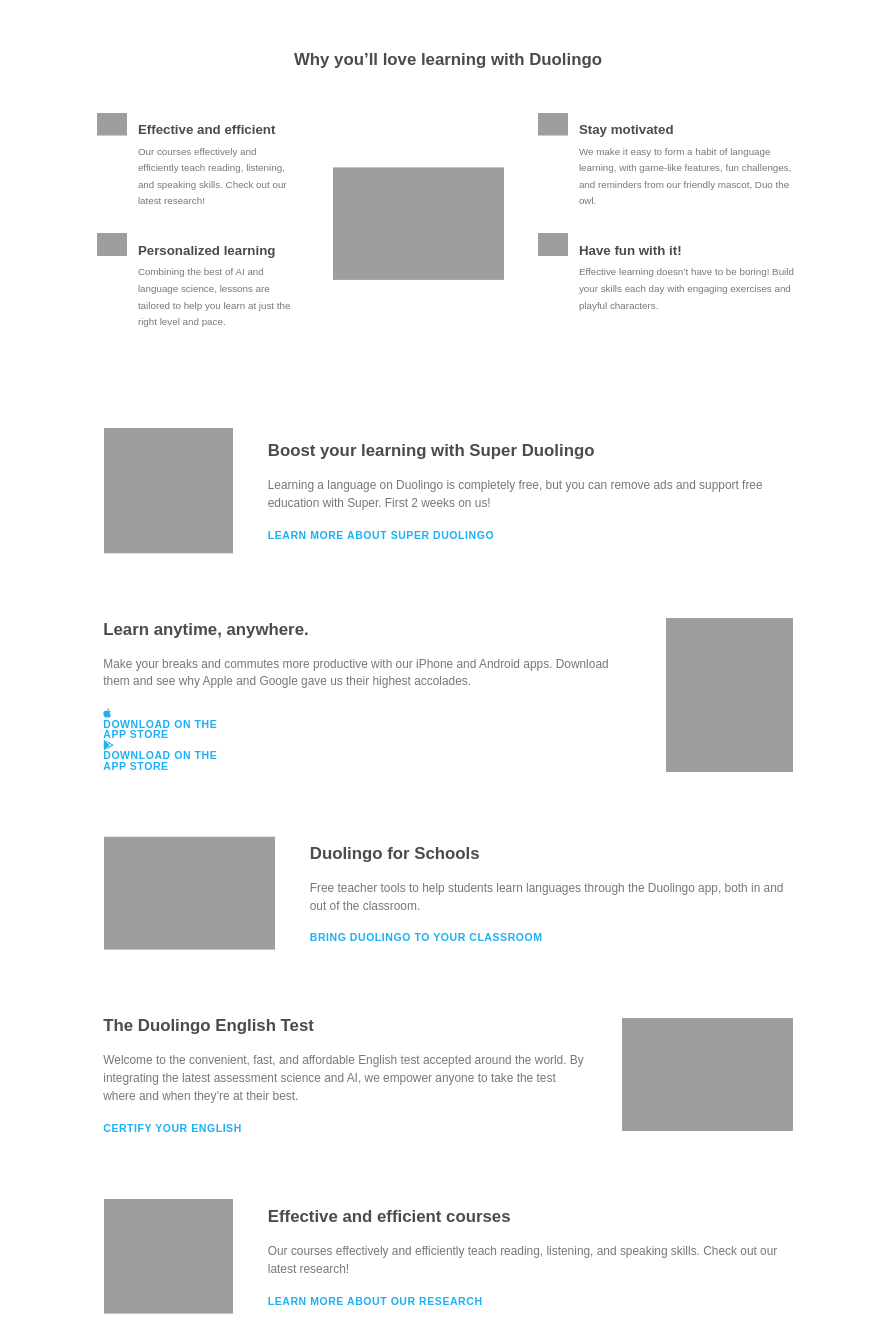
Repository: kauittt/duolingo-little
Page: login.html
These files come from the project's save history. The page is drawn as it stood at one moment and after the next save; the edit follows.
The browser window is 1280 px wide. The pictures show the part of the page from y = 937 to 2857 px (the page is 2857 px tall), at 70% of full size.
Pictures or frames that could not be fetched are drawn as grey boxes. A picture or video elsewhere on the page could not be fetched, so the positions and the page height are approximate. Some web libraries are served in a nearby version.

Above is the page before, as saved 2023-03-26 20:44:10.

After the next save:
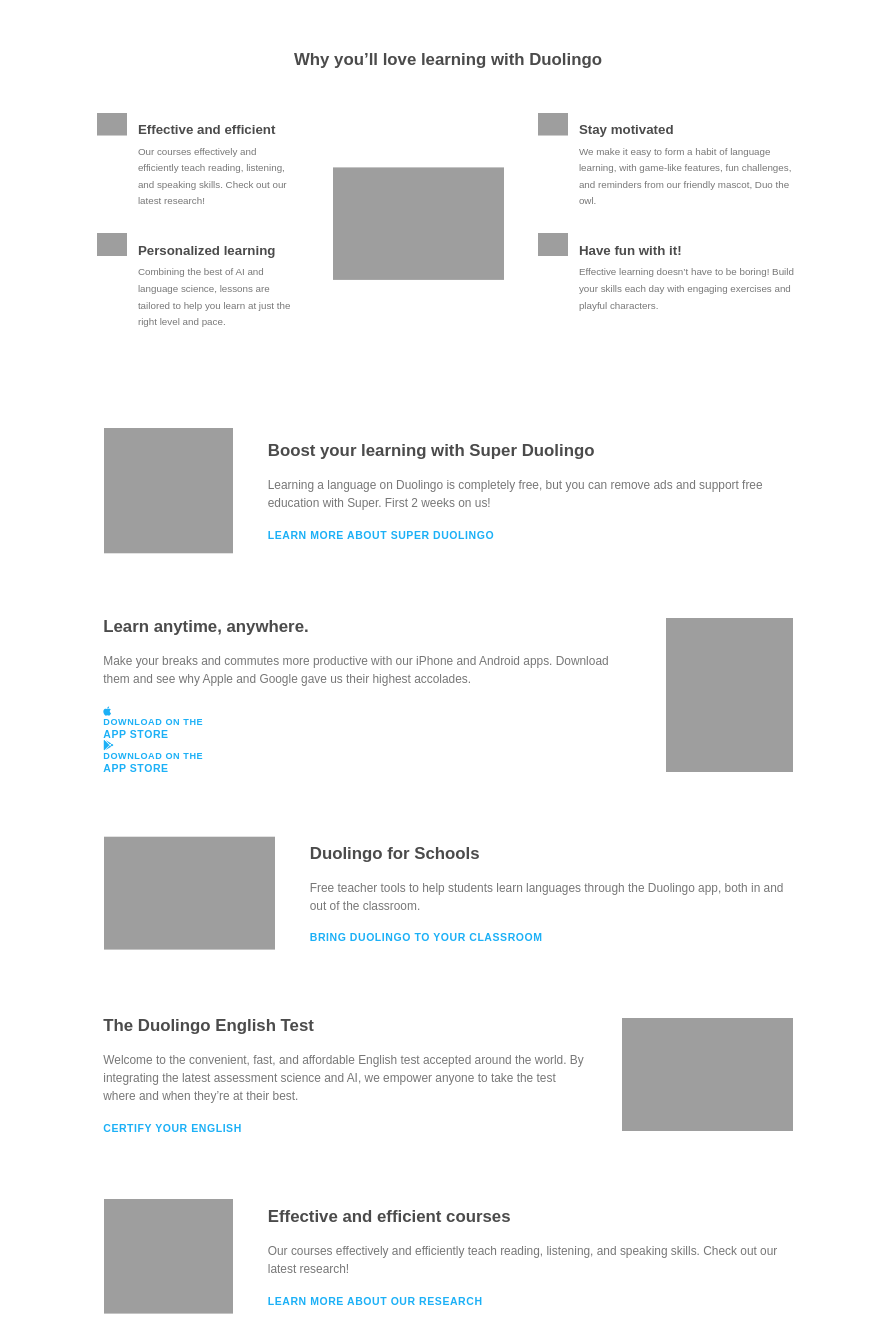
Saved 57 s later.
--- a/assets/css/stytes.css
+++ b/assets/css/stytes.css
@@ -221,6 +221,9 @@
 }
 
 .section-content__link-item-content__desc {
+    font-size: 13px;
+    font-weight: 700;
+    line-height: 1.4;
 }
 
 .section-content__link-item-content__app {
